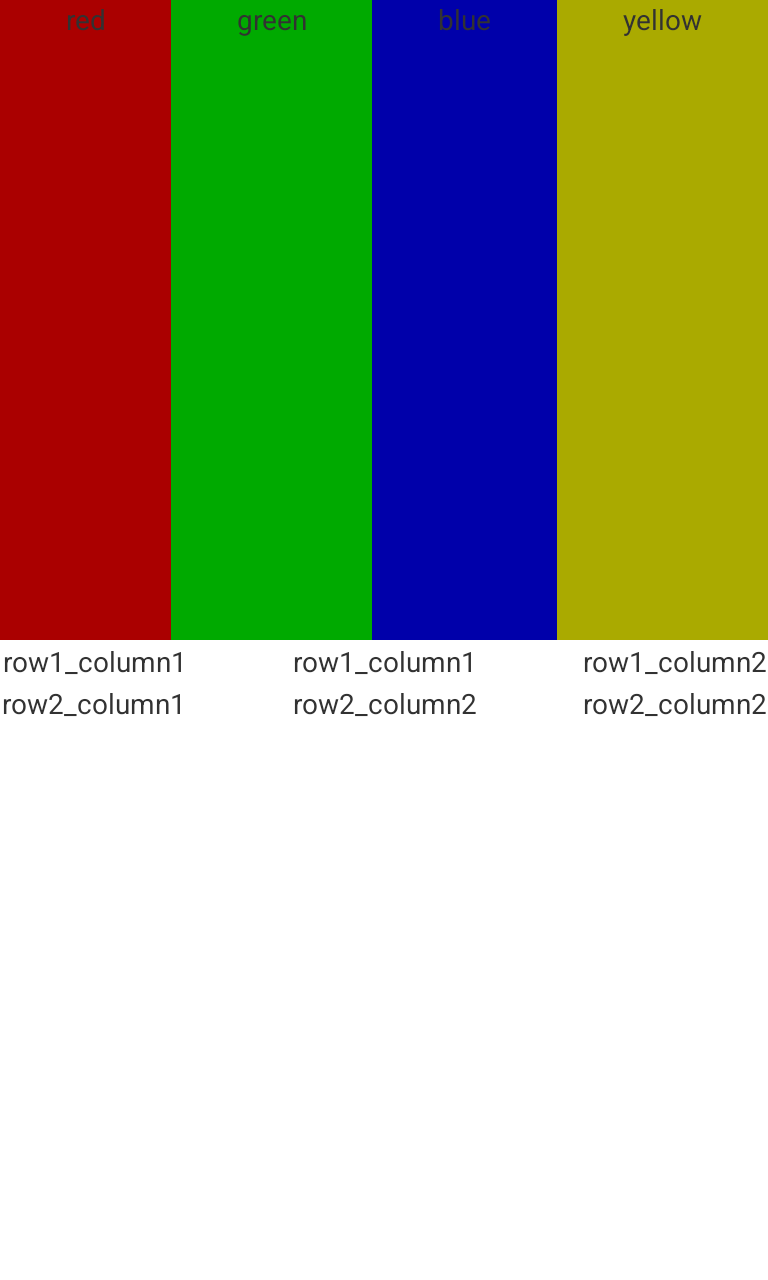
Repository: HouJun11220033/Android
Layout: Layout_04/res/layout/second.xml
These files come from the project's save history. The layout is drawn as it stood at one moment and after the next save; the edit follows.
It is drawn on a 768 x 1280 px phone screen (xhdpi) without system bars, with theme AppTheme; the app's code is not run.

Above is the layout before, as saved 2016-09-15 16:13:44.

### Layout_04/res/layout/second.xml
<?xml version="1.0" encoding="utf-8"?>
<LinearLayout xmlns:android="http://schemas.android.com/apk/res/android"
    android:layout_width="fill_parent"
    android:layout_height="fill_parent"
    android:orientation="vertical" >

    <LinearLayout
        android:layout_width="fill_parent"
        android:layout_height="fill_parent"
        android:layout_weight="1"
        android:orientation="horizontal" >

        <TextView
            android:layout_width="wrap_content"
            android:layout_height="fill_parent"
            android:layout_weight="1"
            android:background="#aa0000"
            android:gravity="center_horizontal"
            android:text="red" />

        <TextView
            android:layout_width="wrap_content"
            android:layout_height="fill_parent"
            android:layout_weight="1"
            android:background="#00aa00"
            android:gravity="center_horizontal"
            android:text="green" />

        <TextView
            android:layout_width="wrap_content"
            android:layout_height="fill_parent"
            android:layout_weight="1"
            android:background="#0000aa"
            android:gravity="center_horizontal"
            android:text="blue" />

        <TextView
            android:layout_width="wrap_content"
            android:layout_height="fill_parent"
            android:layout_weight="1"
            android:background="#aaaa00"
            android:gravity="center_horizontal"
            android:text="yellow" />
    </LinearLayout>

    <LinearLayout
        android:layout_width="fill_parent"
        android:layout_height="fill_parent"
        android:layout_weight="1"
        android:orientation="horizontal" >

        <TableLayout
            android:layout_width="fill_parent"
            android:layout_height="fill_parent"
            android:stretchColumns="1" >

            <TableRow>

                <TextView
                    android:gravity="center"
                    android:padding="1dip"
                    android:text="@string/row1_column1" />

                <TextView
                    android:gravity="center"
                    android:padding="1dip"
                    android:text="@string/row1_column1" >
                </TextView>

                <TextView
                    android:gravity="center"
                    android:padding="1dip"
                    android:text="@string/row1_column2" />
            </TableRow>

            <TableRow>

                <TextView
                    android:gravity="left"
                    android:padding="1dip"
                    android:text="@string/row2_column1" />

                <TextView
                    android:gravity="center"
                    android:padding="1dip"
                    android:text="@string/row2_column2" />

                <TextView
                    android:gravity="right"
                    android:padding="1dip"
                    android:text="@string/row2_column2" />
            </TableRow>
        </TableLayout>
    </LinearLayout>

</LinearLayout>

### Layout_04/res/values/strings.xml
<?xml version="1.0" encoding="utf-8"?>
<resources>

    <string name="hello">Hello World, TableTest!</string>
    <string name="app_name">layout02</string>
    <string name="row1_column1">row1_column1</string>
    <string name="row1_column2">row1_column2</string>
    <string name="row2_column1">row2_column1</string>
    <string name="row2_column2">row2_column2</string>

</resources>

Loaded but not shown: Layout_04/res/values/styles.xml (common file); Layout_04/res/values-v11/styles.xml (common file); Layout_04/res/values-v14/styles.xml (common file)

After the next save:
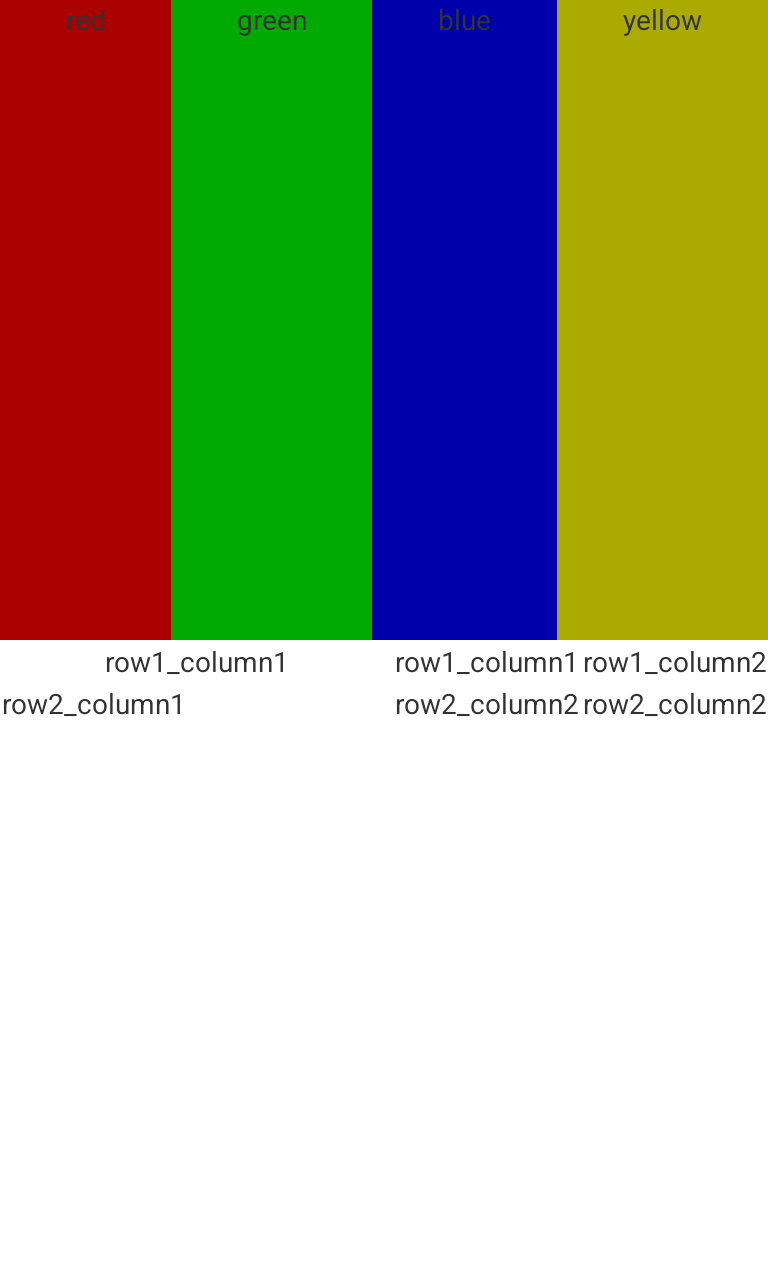
Saved 14 s later.
--- a/Layout_04/res/layout/second.xml
+++ b/Layout_04/res/layout/second.xml
@@ -52,7 +52,7 @@
         <TableLayout
             android:layout_width="fill_parent"
             android:layout_height="fill_parent"
-            android:stretchColumns="1" >
+            android:stretchColumns="0" >
 
             <TableRow>
 
